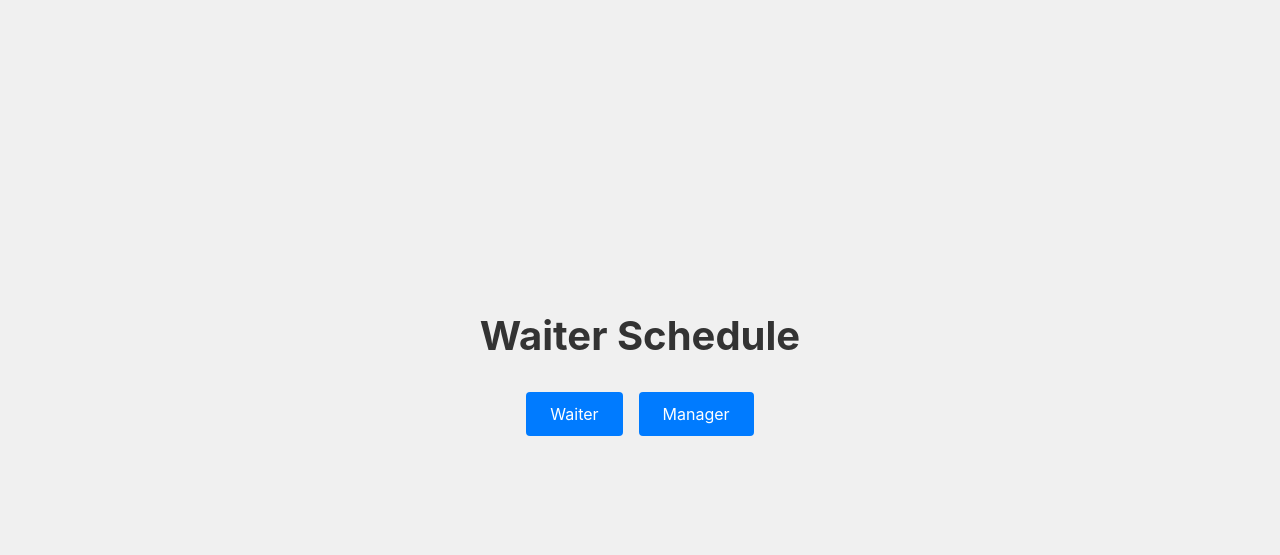
Repository: lasity34/waiter-scheduling-app
Page: / (app in waiter-app-frontend/)
These files come from the project's save history. The page is drawn as it stood at one moment and after the next save; the edit follows.
The browser window is 1280 px wide. The pictures show the whole page.
The project was rebuilt for these pictures with package versions that can differ from the ones it lists, and the page was loaded fresh each time. Also part of the build but not shown: waiter-app-frontend/src/components/Signin.tsx, waiter-app-frontend/src/components/WaiterDashboard.tsx, waiter-app-frontend/src/components/ManagerDashboard.tsx.

Above is the page before, as saved 2024-09-10 14:56:31.

### waiter-app-frontend/src/index.tsx
import React from 'react';
import ReactDOM from 'react-dom/client';
import { BrowserRouter as Router } from 'react-router-dom';
import './index.css';
import App from './App';
import reportWebVitals from './reportWebVitals';

const root = ReactDOM.createRoot(
  document.getElementById('root') as HTMLElement
);
root.render(
  <React.StrictMode>
    <Router>
      <App />
    </Router>
  </React.StrictMode>
);

reportWebVitals();

### waiter-app-frontend/src/App.tsx
import React from 'react';
import { Routes, Route } from 'react-router-dom';
import Home from './components/Home';
import SignIn from './components/Signin';
import WaiterDashboard from './components/WaiterDashboard';
import ManagerDashboard from './components/ManagerDashboard';

const App: React.FC = () => {
  return (
    <div className="App">
      <Routes>
        <Route path="/" element={<Home />} />
        <Route path="/signin" element={<SignIn />} />
        <Route path="/waiter-dashboard" element={<WaiterDashboard />} />
        <Route path="/manager-dashboard" element={<ManagerDashboard />} />
      </Routes>
    </div>
  );
};

export default App;

### waiter-app-frontend/src/components/Home.tsx
import React from 'react';
import { Link } from 'react-router-dom';
import styled from 'styled-components';

const HomeContainer = styled.div`
  display: flex;
  flex-direction: column;
  align-items: center;
  justify-content: center;
  height: 100vh;
  background-color: #f0f0f0;
`;

const Title = styled.h1`
  font-size: 2.5rem;
  color: #333;
  margin-bottom: 2rem;
`;

const OptionsContainer = styled.div`
  display: flex;
  gap: 1rem;
`;

const StyledLink = styled(Link)`
  padding: 0.75rem 1.5rem;
  background-color: #007bff;
  color: white;
  text-decoration: none;
  border-radius: 4px;
  font-size: 1rem;
  transition: background-color 0.3s ease;

  &:hover {
    background-color: #0056b3;
  }
`;

const Home: React.FC = () => {
  return (
    <HomeContainer>
      <Title>Waiter Schedule</Title>
      <OptionsContainer>
        <StyledLink to="/signin?role=waiter">Waiter</StyledLink>
        <StyledLink to="/signin?role=manager">Manager</StyledLink>
      </OptionsContainer>
    </HomeContainer>
  );
}

export default Home;

Loaded but not shown: waiter-app-frontend/public/index.html (common file); waiter-app-frontend/src/index.css (common file); waiter-app-frontend/src/reportWebVitals.ts (common file)

After the next save:
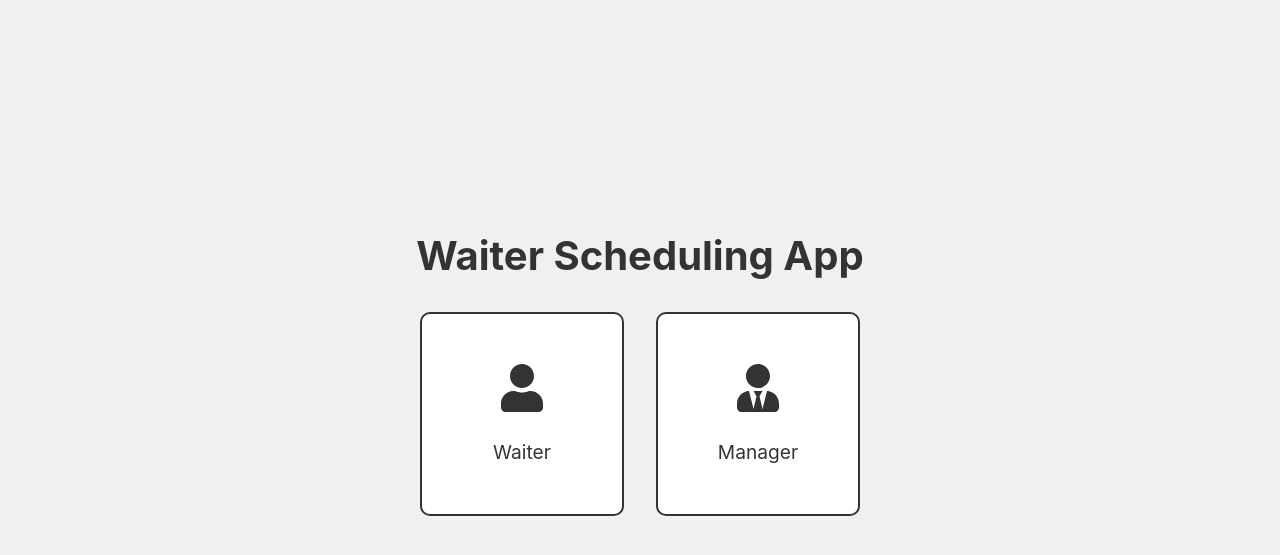
Saved 2 min 40 s later.
--- a/waiter-app-frontend/src/components/Home.tsx
+++ b/waiter-app-frontend/src/components/Home.tsx
@@ -1,6 +1,7 @@
 import React from 'react';
 import { Link } from 'react-router-dom';
 import styled from 'styled-components';
+import { FaUser, FaUserTie } from 'react-icons/fa';
 
 const HomeContainer = styled.div`
   display: flex;
@@ -19,30 +20,53 @@ const Title = styled.h1`
 
 const OptionsContainer = styled.div`
   display: flex;
-  gap: 1rem;
+  gap: 2rem;
 `;
 
 const StyledLink = styled(Link)`
-  padding: 0.75rem 1.5rem;
-  background-color: #007bff;
-  color: white;
+  display: flex;
+  flex-direction: column;
+  align-items: center;
+  justify-content: center;
+  width: 200px;
+  height: 200px;
+  background-color: white;
+  color: #333;
   text-decoration: none;
-  border-radius: 4px;
-  font-size: 1rem;
-  transition: background-color 0.3s ease;
+  border: 2px solid #333;
+  border-radius: 10px;
+  font-size: 1.2rem;
+  transition: all 0.3s ease;
 
   &:hover {
-    background-color: #0056b3;
+    background-color: #f8f8f8;
+    transform: translateY(-5px);
+    box-shadow: 0 5px 15px rgba(0,0,0,0.1);
   }
+`;
+
+const IconWrapper = styled.div`
+  font-size: 3rem;
+  margin-bottom: 1rem;
 `;
 
 const Home: React.FC = () => {
   return (
     <HomeContainer>
-      <Title>Waiter Schedule</Title>
+      <Title>Waiter Scheduling App</Title>
       <OptionsContainer>
-        <StyledLink to="/signin?role=waiter">Waiter</StyledLink>
-        <StyledLink to="/signin?role=manager">Manager</StyledLink>
+        <StyledLink to="/signin?role=waiter">
+          <IconWrapper>
+            <FaUser />
+          </IconWrapper>
+          Waiter
+        </StyledLink>
+        <StyledLink to="/signin?role=manager">
+          <IconWrapper>
+            <FaUserTie />
+          </IconWrapper>
+          Manager
+        </StyledLink>
       </OptionsContainer>
     </HomeContainer>
   );
